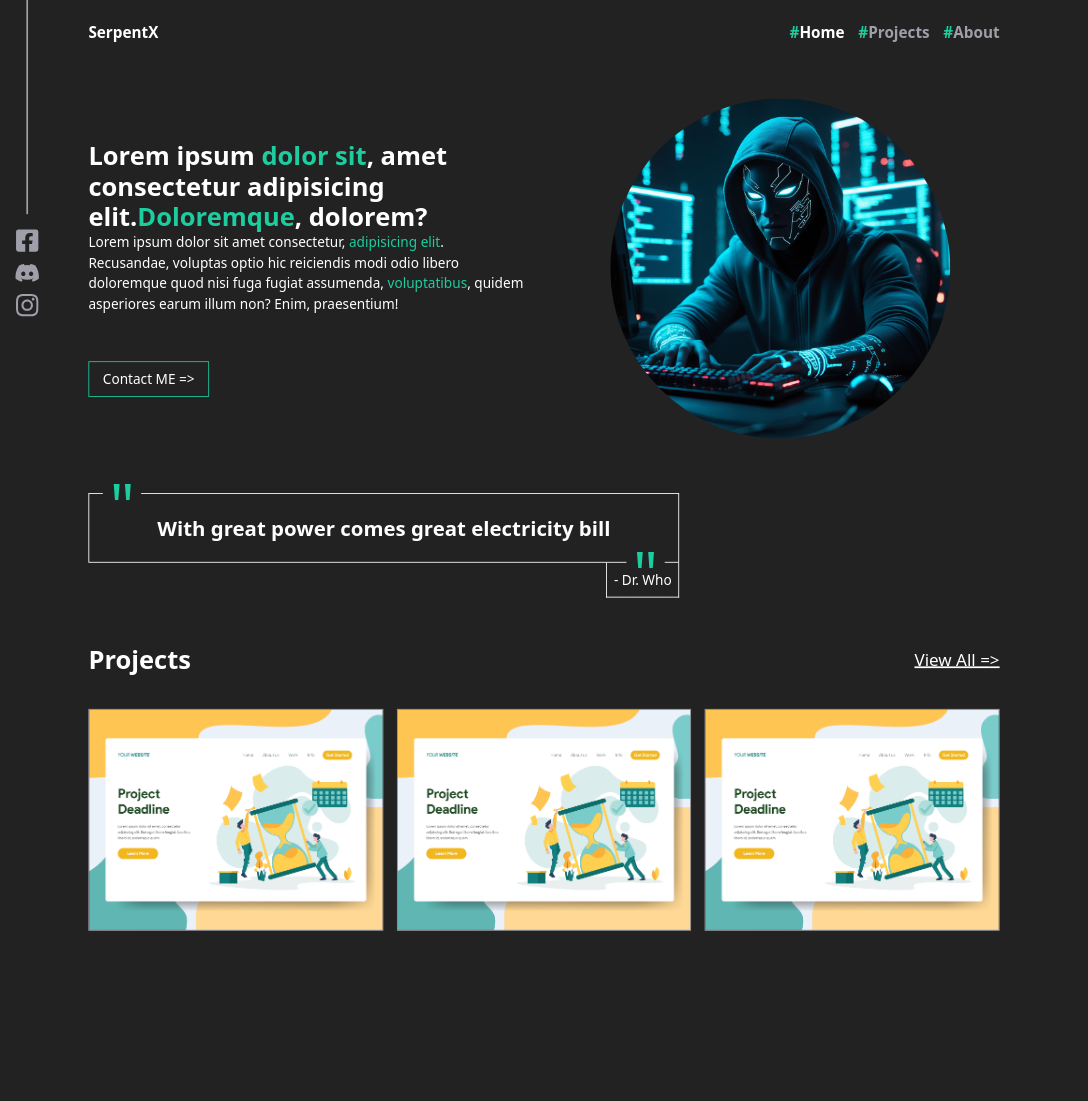
Repository: SERPENTX03/Portfolio-Tutorial
Page: /
These files come from the project's save history. The page is drawn as it stood at one moment and after the next save; the edit follows.
The browser window is 1280 px wide. The pictures show the whole page, at 85% of full size.
The project was rebuilt for these pictures with package versions that can differ from the ones it lists, and the page was loaded fresh each time. The framework's server and built-in components were replaced by stand-ins that run in the browser. Also part of the build but not shown: next.config.ts.

Above is the page before, as saved 2025-04-19 21:18:03.

### app/layout.tsx
import type { Metadata } from "next";
import { Geist, Geist_Mono } from "next/font/google";
import "./globals.css";
import SideContact from "@/components/SideContact";
import Navbar from "@/components/nav/Navbar";

const geistSans = Geist({
  variable: "--font-geist-sans",
  subsets: ["latin"],
});

const geistMono = Geist_Mono({
  variable: "--font-geist-mono",
  subsets: ["latin"],
});

export const metadata: Metadata = {
  title: "Create Next App",
  description: "Generated by create next app",
};

export default function RootLayout({
  children,
}: Readonly<{
  children: React.ReactNode;
}>) {
  return (
    <html lang="en">
      <body
        className={`${geistSans.variable} ${geistMono.variable} antialiased`}
      >
        <SideContact />
        <main className="max-w-[1200px] mx-auto sm:px-16 px-3">
          <Navbar />
          {children}
          <footer className="h-[200px]"></footer>
        </main>
      </body>
    </html>
  );
}

### app/page.tsx
import Hero from "@/components/Hero";
import Projects from "@/components/Projects";

const Home = () => {
  return (
    <div>
      <Hero />
      <Projects />
    </div>
  );
};
export default Home;

### app/globals.css
@import "tailwindcss";

@theme {
  --color-primary: #1dcd9f;
  --color-background: #222222;
  --color-text: #9f9fa9;
}

@utility hover-btn {
  @apply hover:bg-primary/30 transition-colors duration-300 ease-in-out;
}

body {
  background-color: var(--color-background);
  color: white;
}

### components/SideContact.tsx
import Link from "next/link";
import { FaFacebookSquare } from "react-icons/fa";
import { FaDiscord } from "react-icons/fa";
import { FaInstagram } from "react-icons/fa";

const SideContact = () => {
  return (
    <div className="fixed top-0 left-0 w-16 lg:flex flex-col hidden ">
      {/* Line */}
      <div className="h-[35vh] relative">
        <div className="h-full border border-text absolute top-0 left-1/2 -translate-x-1/2"></div>
      </div>
      {/* Socials */}
      <div className="text-text mt-4 flex flex-col gap-2 items-center">
        <Link target="_blank" href="https://www.facebook.com/serpentx.dev">
          <FaFacebookSquare size={30} />
        </Link>
        <Link target="_blank" href="https://discord.gg/serpentx">
          <FaDiscord size={30} />
        </Link>
        <Link target="_blank" href="https://www.instagram.com/serpentx.dev">
          <FaInstagram size={30} />
        </Link>
      </div>
    </div>
  );
};
export default SideContact;

### components/nav/Navbar.tsx
import MenuHamburger from "./MenuHamburger";
import Navlink from "./Navlink";

const Navbar = () => {
  return (
    <div className="flex justify-between items-center py-6">
      <h1 className="text-lg font-semibold ">SerpentX</h1>
      <Navlink />
      <MenuHamburger />
    </div>
  );
};
export default Navbar;

### components/Hero.tsx
import Image from "next/image";

const Hero = () => {
  return (
    <section className="mt-10">
      <div className="flex flex-col sm:flex-row justify-between gap-10 items-center">
        <div className="w-full sm:w-1/2">
          <h2 className="text-3xl font-bold">
            Lorem ipsum <span className="text-primary">dolor sit</span>, amet
            consectetur adipisicing elit.
            <span className="text-primary">Doloremque</span>, dolorem?
          </h2>
          <p>
            Lorem ipsum dolor sit amet consectetur,{" "}
            <span className="text-primary">adipisicing elit</span>. Recusandae,
            voluptas optio hic reiciendis modi odio libero doloremque quod nisi
            fuga fugiat assumenda,{" "}
            <span className="text-primary">voluptatibus</span>, quidem
            asperiores earum illum non? Enim, praesentium!
          </p>
          <button className="hover-btn border border-primary px-4 py-2 mt-14 cursor-pointer">
            Contact ME ={">"}
          </button>
        </div>
        <div className="w-full sm:w-1/2 flex justify-center">
          <Image
            className="object-cover rounded-full"
            src="/images/hero.jpg"
            alt="hero"
            width={400}
            height={400}
          />
        </div>
      </div>
      <div className="mt-16 flex justify-center border py-6 px-20 w-fit relative">
        <h5 className=" text-2xl font-bold ">
          With great power comes great electricity bill
        </h5>
        <span className="absolute -top-6 left-4 bg-background px-2 text-primary text-7xl">
          &quot;
        </span>
        <span className="absolute -bottom-12 h-fit right-4 bg-background px-2 text-primary text-7xl">
          &quot;
        </span>
        <span className="absolute right-[-1px] -bottom-10.5 border-x border-b p-2">
          - Dr. Who
        </span>
      </div>
    </section>
  );
};
export default Hero;

### components/Projects.tsx
import { projects } from "@/data/Project";
import Image from "next/image";
import Link from "next/link";

const Projects = () => {
  return (
    <section className="mt-24">
      <div className="flex justify-between items-center">
        <h2 className="text-3xl font-bold">Projects</h2>
        <Link className="text-xl underline" href="/projects">
          View All ={">"}
        </Link>
      </div>
      <div className="grid gird-cols-1 sm:grid-cols-2 md:grid-cols-3 gap-4 mt-10">
        {projects.slice(0, 3).map((project) => (
          <div key={project.id} className="border border-text">
            <Image
              src={project.image || ""}
              alt={project.title}
              width={300}
              height={300}
              className="w-full h-full object-cover"
            />
          </div>
        ))}
      </div>
    </section>
  );
};
export default Projects;

### components/nav/MenuHamburger.tsx
"use client";
import { RiMenuFoldLine } from "react-icons/ri";
import { links } from "@/data/NavLink";
import { useEffect, useState } from "react";
import { IoClose } from "react-icons/io5";
import Link from "next/link";
import { usePathname } from "next/navigation";
import { motion, AnimatePresence } from "framer-motion";
import { FaDiscord, FaFacebookSquare, FaInstagram } from "react-icons/fa";

const MenuHamburger = () => {
  const [isOpen, setIsOpen] = useState(false);
  const pathname = usePathname();

  const handleOpen = () => {
    setIsOpen(!isOpen);
  };

  useEffect(() => {
    setIsOpen(false); // ปิดเมนูเมื่อ path เปลี่ยน
  }, [pathname]);
  return (
    <>
      <AnimatePresence mode="wait">
        {isOpen ? (
          <motion.div
            key="close"
            initial={{ rotate: -90, opacity: 0 }}
            animate={{ rotate: 0, opacity: 1 }}
            exit={{ rotate: 90, opacity: 0 }}
            transition={{ duration: 0.2 }}
            className="cursor-pointer block md:hidden z-50"
            onClick={handleOpen}
          >
            <IoClose size={30} />
          </motion.div>
        ) : (
          <motion.div
            key="menu"
            initial={{ rotate: 90, opacity: 0 }}
            animate={{ rotate: 0, opacity: 1 }}
            exit={{ rotate: -90, opacity: 0 }}
            transition={{ duration: 0.3 }}
            className="cursor-pointer block md:hidden z-10"
            onClick={handleOpen}
          >
            <RiMenuFoldLine size={30} />
          </motion.div>
        )}
      </AnimatePresence>
      {isOpen && (
        <ul className="fixed top-0 left-0 w-full h-screen bg-background ">
          <h1 className="text-2xl font-bold m-3">SerpentX</h1>
          {links.map((nav, index) => (
            <li
              key={index}
              className={`text-2xl m-3 font-semibold text-text ${
                pathname === nav.href ? "text-white" : "text-text"
              }`}
            >
              <Link href={nav.href}>
                <span className="text-primary">#</span>
                {nav.label}
              </Link>
            </li>
          ))}
        </ul>
      )}
      {isOpen && (
        <div className="fixed bottom-4 left-1/2 -translate-x-1/2 flex gap-4">
          <Link target="_blank" href="https://www.facebook.com/serpentx.dev">
            <FaFacebookSquare size={30} />
          </Link>
          <Link target="_blank" href="https://discord.gg/serpentx">
            <FaDiscord size={30} />
          </Link>
          <Link target="_blank" href="https://www.instagram.com/serpentx.dev">
            <FaInstagram size={30} />
          </Link>
        </div>
      )}
    </>
  );
};
export default MenuHamburger;

### components/nav/Navlink.tsx
"use client";
import { links } from "@/data/NavLink";
import Link from "next/link";
import { usePathname } from "next/navigation";

const Navlink = () => {
  const pathname = usePathname();
  return (
    <ul className="md:flex gap-4 hidden ">
      {links.map((nav, index) => (
        <li
          key={index}
          className={`text-lg font-semibold text-text ${
            pathname === nav.href ? "text-white" : "text-text"
          }`}
        >
          <Link href={nav.href}>
            <span className="text-primary">#</span>
            {nav.label}
          </Link>
        </li>
      ))}
    </ul>
  );
};
export default Navlink;

### data/Project.ts
export const projects = [
  {
    id: 1,
    title: "Portfolio Builder",
    description:
      "A sleek portfolio generator for developers using Next.js and Tailwind.",
    language: ["Next.js", "TypeScript", "Tailwind CSS"],
    image: "/images/project1.jpg",
  },
  {
    id: 2,
    title: "TaskMaster Pro",
    description:
      "A productivity app for managing tasks and projects with a team.",
    language: ["React", "Node.js", "MongoDB"],
    image: "/images/project1.jpg",
  },
  {
    id: 3,
    title: "Code Snippet Vault",
    description:
      "A personal library to store, tag, and search useful code snippets.",
    language: ["Vue.js", "Express", "MySQL"],
    image: "/images/project1.jpg",
  },
  {
    id: 4,
    title: "DevBlog Engine",
    description:
      "A markdown-powered blogging platform for developers with dark mode.",
    language: ["Next.js", "MDX", "Tailwind CSS"],
    image: "/images/project1.jpg",
  },
  {
    id: 5,
    title: "CryptoTracker",
    description:
      "Live cryptocurrency prices and portfolio manager with real-time charts.",
    language: ["React", "Chart.js", "CoinGecko API"],
    image: "/images/project1.jpg",
  },
  {
    id: 6,
    title: "EcomDash",
    description:
      "An admin dashboard for managing products, orders, and analytics.",
    language: ["Angular", "Firebase", "SCSS"],
    image: "/images/project1.jpg",
  },
  {
    id: 7,
    title: "ChatterBox",
    description:
      "A real-time chat application with private and group messaging.",
    language: ["React", "Socket.io", "Node.js"],
    image: "/images/project1.jpg",
  },
  {
    id: 8,
    title: "CodeQuiz Arena",
    description: "An interactive quiz app for coding topics with leaderboards.",
    language: ["Svelte", "TypeScript", "Supabase"],
    image: "/images/project1.jpg",
  },
  {
    id: 9,
    title: "WeatherZen",
    description:
      "A minimalist weather app with animated forecasts and map integration.",
    language: ["Vue.js", "OpenWeatherMap API", "Tailwind CSS"],
    image: "/images/project1.jpg",
  },
  {
    id: 10,
    title: "DesignSync",
    description: "Tool to sync design tokens between Figma and your codebase.",
    language: ["Electron", "Figma API", "TypeScript"],
    image: "/images/project1.jpg",
  },
];

### data/NavLink.ts
export const links = [
  {
    label: "Home",
    href: "/",
  },
  {
    label: "Projects",
    href: "/projects",
  },
  {
    label: "About",
    href: "/about",
  },
];

After the next save:
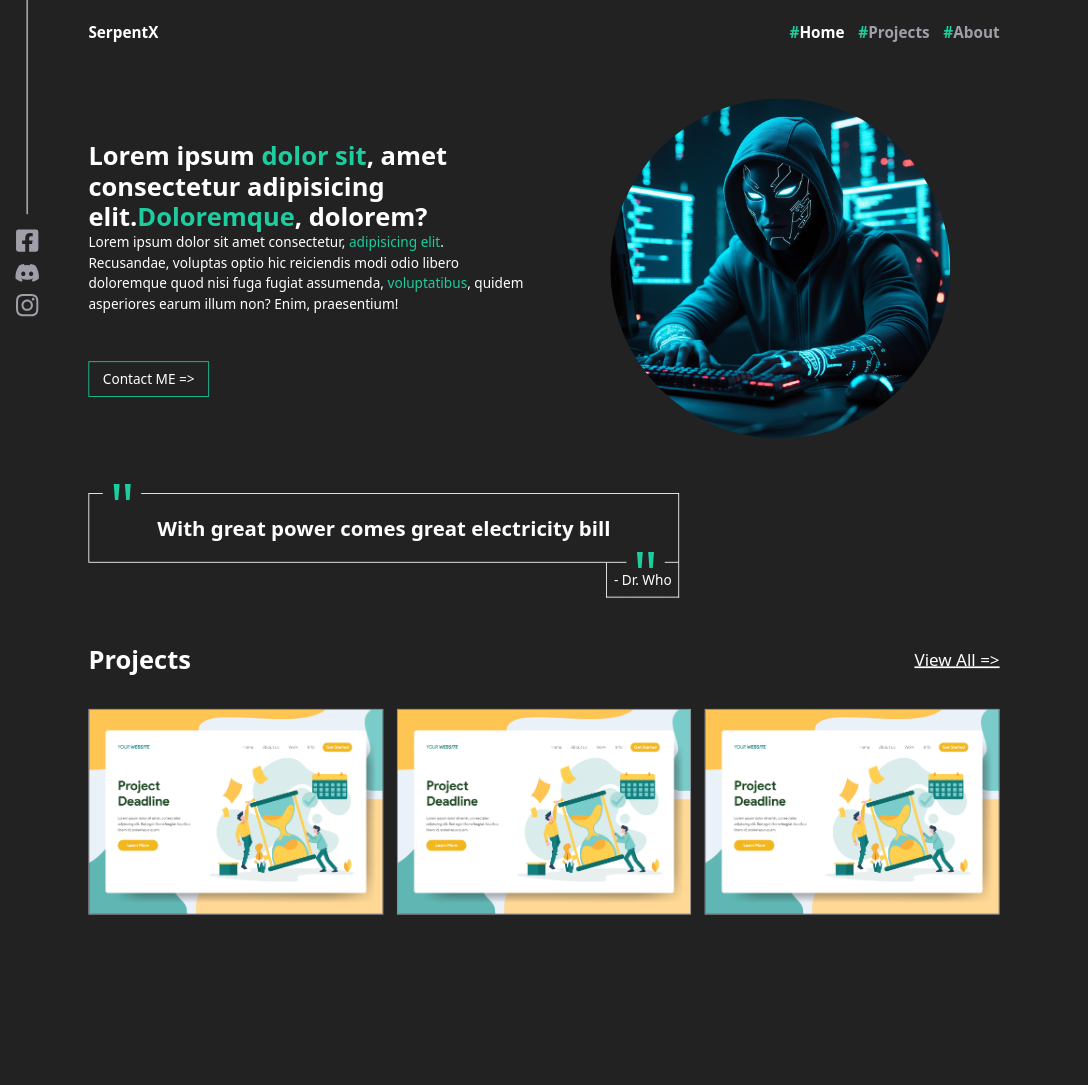
Saved 29 s later.
--- a/components/Projects.tsx
+++ b/components/Projects.tsx
@@ -19,7 +19,7 @@ const Projects = () => {
               alt={project.title}
               width={300}
               height={300}
-              className="w-full h-full object-cover"
+              className="w-full h-60 object-cover"
             />
           </div>
         ))}
